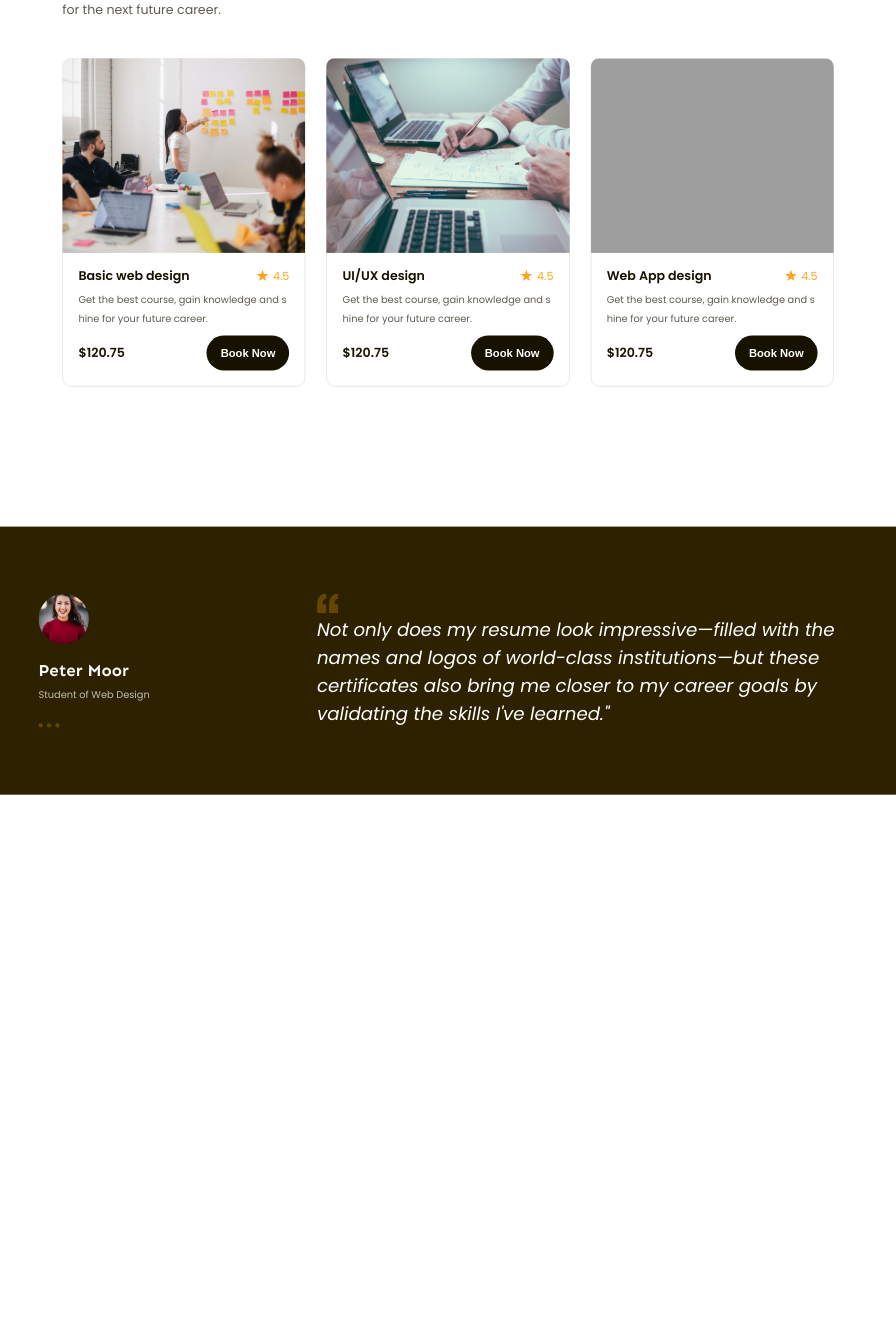
Repository: anhtien111198/f8-htmlcss-02
Page: index.html
An editor plug-in stored every save of this project. The page is shown before and after the next save, followed by the edit.
The browser window is 1280 px wide. The pictures show the part of the page from y = 1196 to 3116 px (the page is 5000 px tall), at 70% of full size.
Pictures or frames that could not be fetched are drawn as grey boxes. A picture or video elsewhere on the page could not be fetched, so the positions and the page height are approximate.

Above is the page before, as saved 2023-05-09 13:09:29.

After the next save:
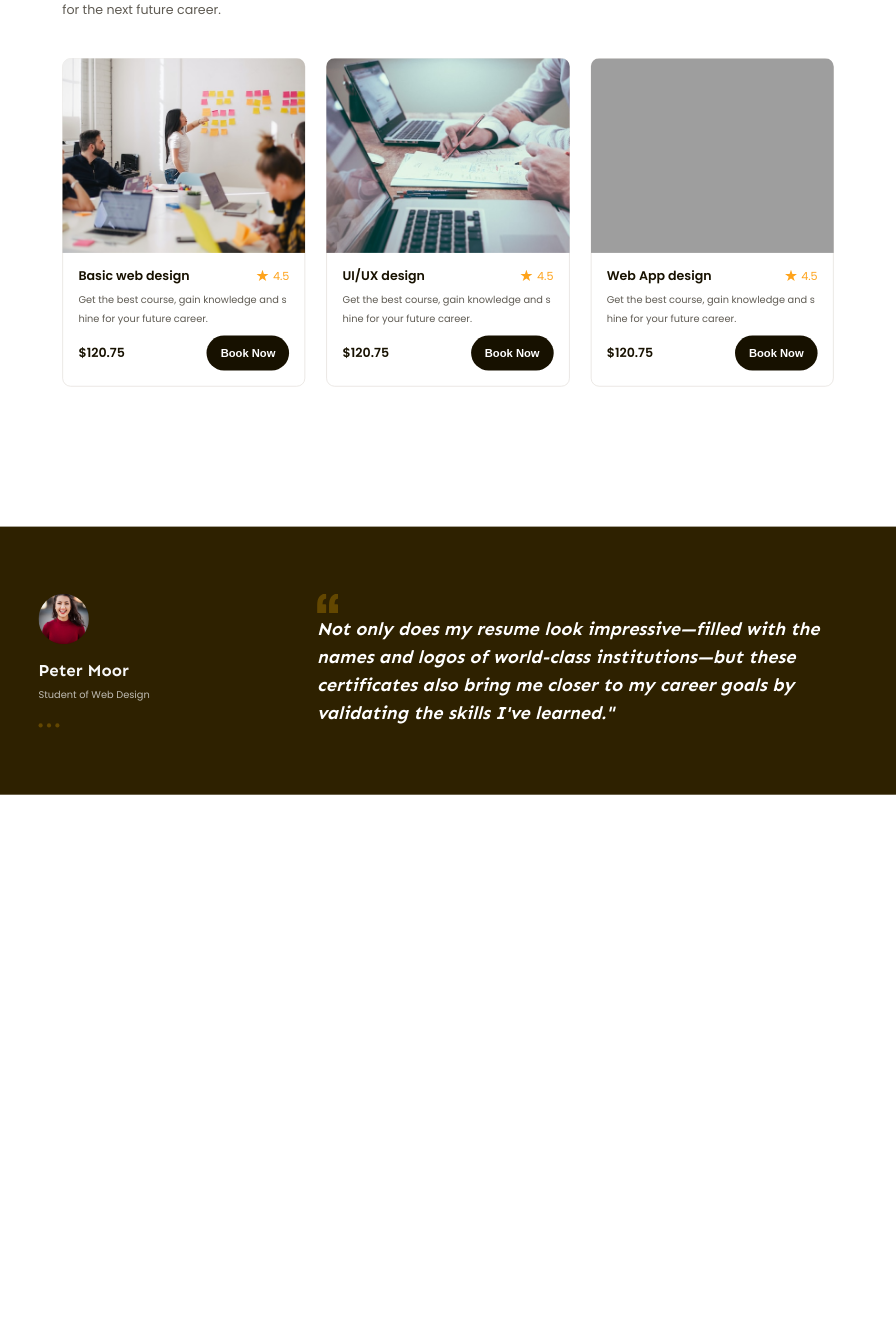
Saved 16 s later.
--- a/assets/css/style.css
+++ b/assets/css/style.css
@@ -401,6 +401,7 @@ a {
     margin-left: auto;
 }
 .feedback-item .content blockquote {
+    font-family: var(--font-heading);
     font-style: italic;
     font-weight: 400;
     font-size: 2.6rem;
